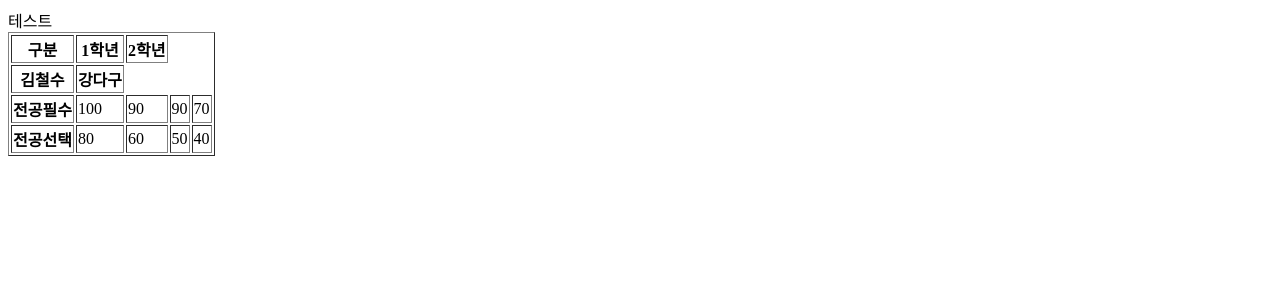
Repository: ygs3004/StudyHTML_CSS
Page: web project 01/src/main/webapp/chapter03/exam_table_prob_03.html
An editor plug-in stored every save of this project. The page is shown before and after the next save, followed by the edit.
The browser window is 1280 px wide. The pictures show the whole page.

Above is the page before, as saved 2022-08-04 07:30:09.

After the next save:
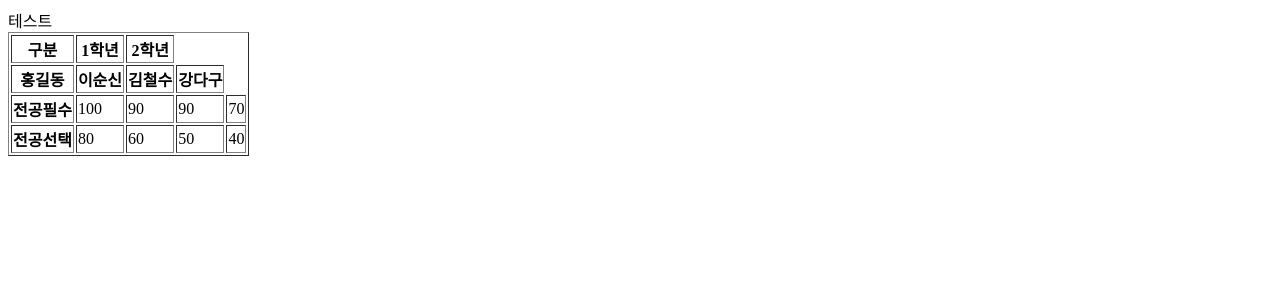
Saved 14 s later.
--- a/web project 01/src/main/webapp/chapter03/exam_table_prob_03.html
+++ b/web project 01/src/main/webapp/chapter03/exam_table_prob_03.html
@@ -13,7 +13,8 @@
 			<th>2학년</th>
 		</tr>
 		<tr>
-
+			<th>홍길동</th>
+			<th>이순신</th>
 			<th>김철수</th>
 			<th>강다구</th>
 		</tr>
